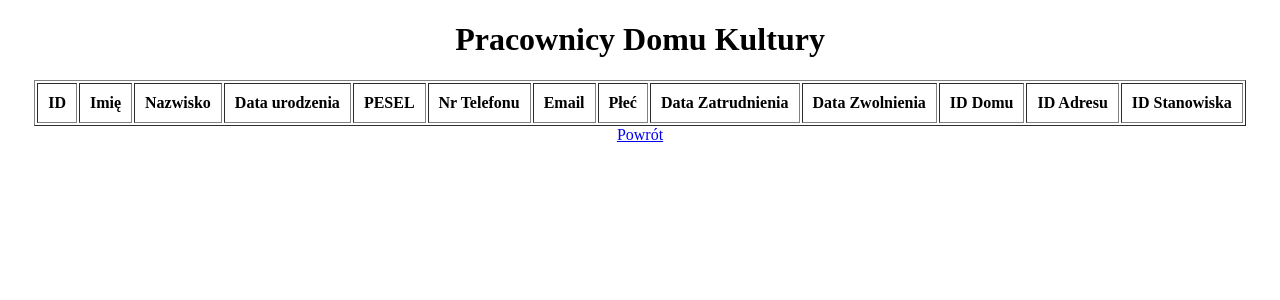
Repository: marcinRuta/houseOfCulture-crud-webapp-database
Page: http://localhost/ppracownicy
An editor plug-in stored every save of this project. The page is shown before and after the next save, followed by the edit.
The browser window is 1280 px wide. The pictures show the whole page.
The page is this project's Thymeleaf template; nobody is signed in. The template is opened directly, without the code that normally fills it, so the values that code supplies are empty.

Above is the page before, as saved 2021-01-09 13:02:58.

### DomKultury/src/main/resources/templates/ppracownicy.html
<!DOCTYPE html>
<html xmlns="http://www.w3.org/1999/xhtml"
	xmlns:th="http://www.thymeleaf.org">
<head>
<meta charset="UTF-8">
<title>Aplikacja do obsługi Domu Kultury</title>
</head>
<body>

	<div align="center">
		<!--  Page header  -->
		<h1>Pracownicy Domu Kultury</h1>

		<!-- Table -->
		<table border="1" cellpadding="10">

			<!-- Table header -->
			<thead>
				<tr>
					<th>ID</th>
					<th>Imię</th>
					<th>Nazwisko</th>
					<th>Data urodzenia</th>
					<th>PESEL</th>
					<th>Nr Telefonu</th>
					<th>Email</th>
					<th>Płeć</th>
					<th>Data Zatrudnienia</th>
					<th>Data Zwolnienia</th>
					<th>ID Domu</th>
					<th>ID Adresu</th>
					<th>ID Stanowiska</th>
				</tr>
			</thead>

			<!-- Table body-->
			<tbody>
				<tr th:each="Pracownicy : ${plistPracownicy}">
					<td th:text="${Pracownicy.ID_Pracownika}">ID_Pracownika</td>
					<td th:text="${Pracownicy.Imie}">Imie</td>
					<td th:text="${Pracownicy.Nazwisko}">Nazwisko</td>
					<td th:text="${Pracownicy.Data_urodzenia}">Data_urodzenia</td>
					<td th:text="${Pracownicy.PESEL}">PESEL</td>
					<td th:text="${Pracownicy.NR_Telefonu}">NR_Telefonu</td>
					<td th:text="${Pracownicy.Email}">Email</td>
					<td th:text="${Pracownicy.Plec}">Plec</td>
					<td th:text="${Pracownicy.Data_Zatrudnienia}">Data_Zatrudnienia</td>
					<td th:text="${Pracownicy.Data_Zwolnienia}">Data_Zwolnienia</td>
					<td th:text="${Pracownicy.ID_Domu}">ID_Domu</td>
					<td th:text="${Pracownicy.ID_Adresu}">ID_Adresu</td>
					<td th:text="${Pracownicy.ID_Stanowiska}">ID_Stanowiska</td>

				</tr>
			</tbody>
		</table>

		<!-- EXIT -->
		<a href="/v/tables">Powrót</a>

	</div>
</body>
</html>

After the next save:
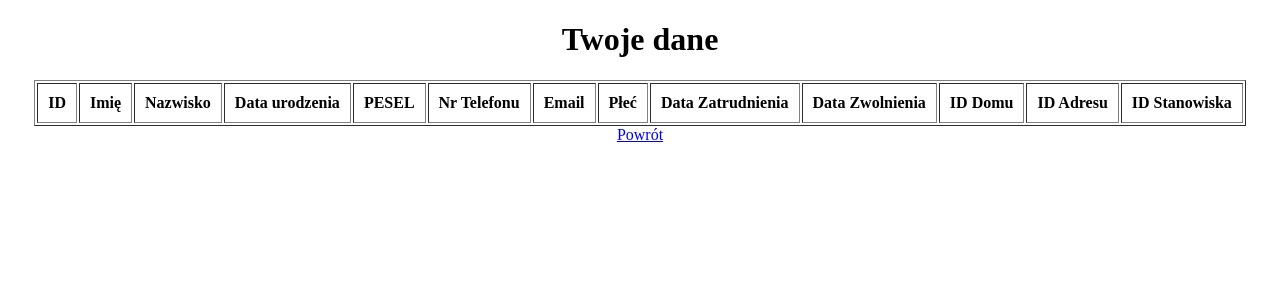
Saved 12 s later.
--- a/DomKultury/src/main/resources/templates/ppracownicy.html
+++ b/DomKultury/src/main/resources/templates/ppracownicy.html
@@ -9,7 +9,7 @@
 
 	<div align="center">
 		<!--  Page header  -->
-		<h1>Pracownicy Domu Kultury</h1>
+		<h1>Twoje dane</h1>
 
 		<!-- Table -->
 		<table border="1" cellpadding="10">
